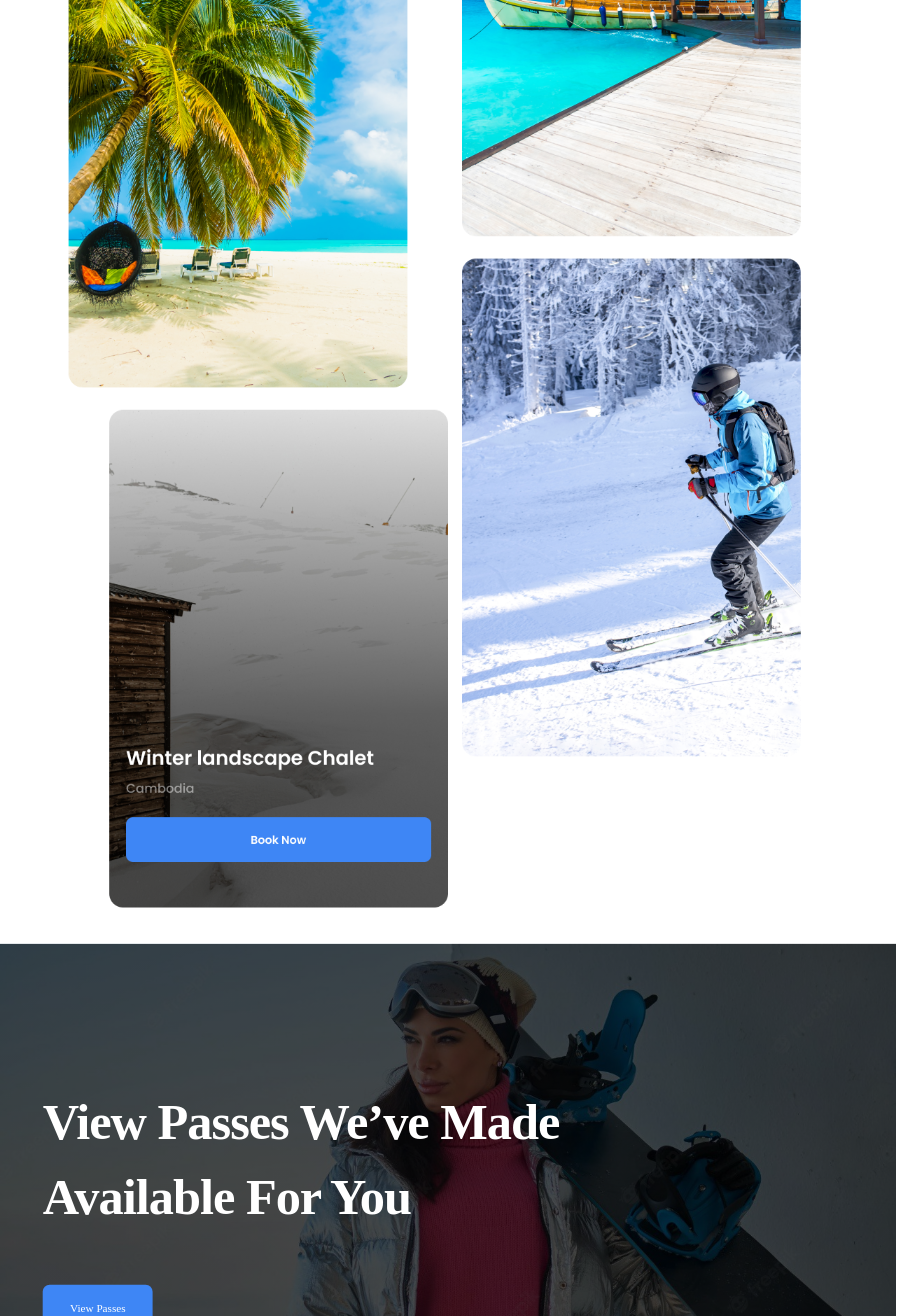
Repository: swissjake/arctic-travel-agency
Page: /
An editor plug-in stored every save of this project. The page is shown before and after the next save, followed by the edit.
The browser window is 1280 px wide. The page is 1300 px wide, so the pictures cover 1300 px, including what lies to the right of the window. The pictures show the part of the page from y = 3179 to 5059 px (the page is 6009 px tall), at 70% of full size.
The project was rebuilt for these pictures with package versions that can differ from the ones it lists, and the page was loaded fresh each time. Also part of the build but not shown: src/App.css.

Above is the page before, as saved 2022-05-04 17:47:00.

After the next save:
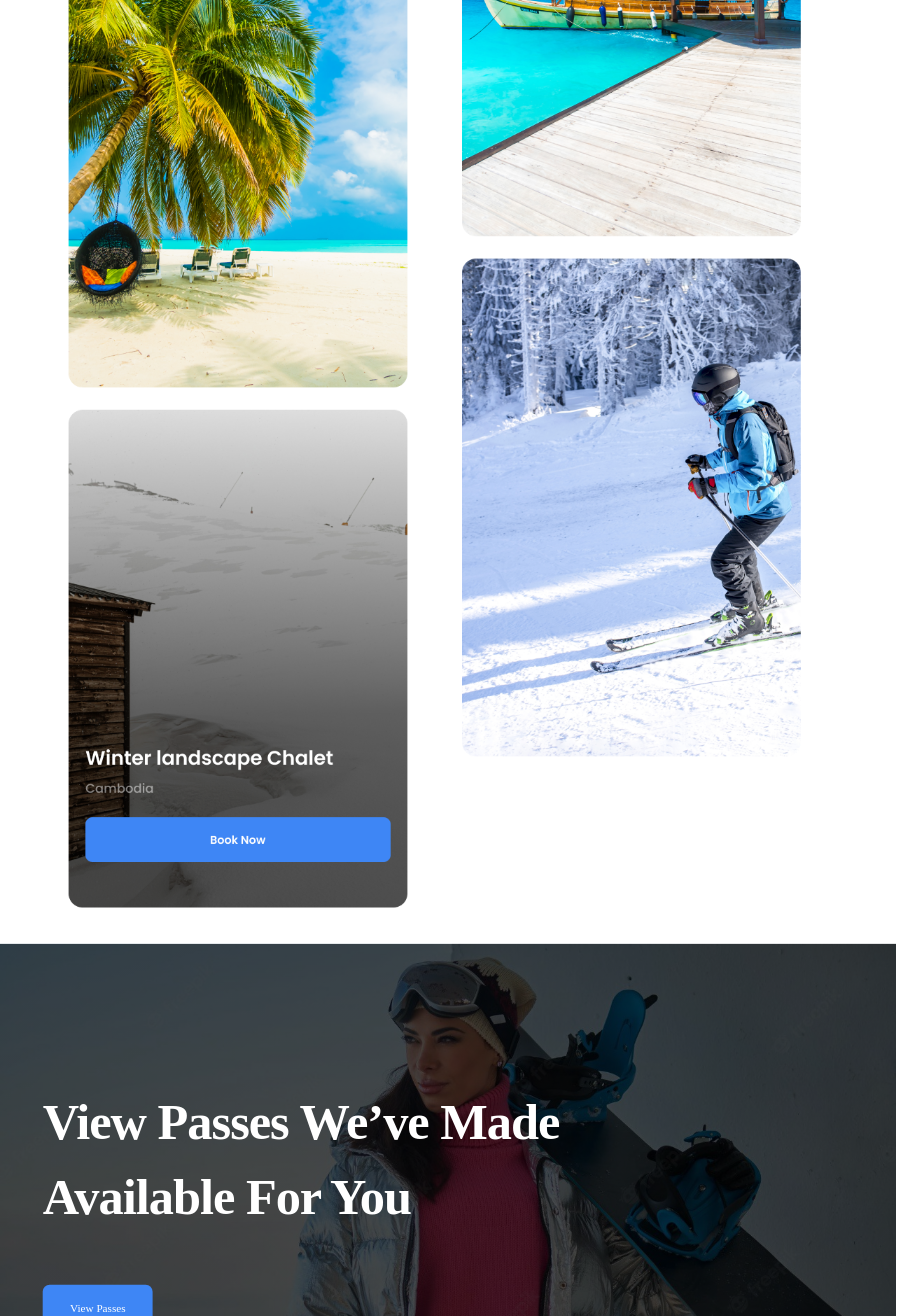
Saved 7 s later.
--- a/src/components/Resort/Resort.tsx
+++ b/src/components/Resort/Resort.tsx
@@ -13,7 +13,7 @@ const Resort = () => {
   <p className="text-[3rem] md:w-[80%] w-full mb-[4.5rem] font-[600] tracking-[-0.02em]">The best resorts to chill and relax</p>
   <div className="w-full md:flex justify-end flex-wrap">
   <img src={picture1} className="mb-[32px] mx-auto" alt="" />
-<img src={picture2} className="mb-[32px]" alt="" />
+<img src={picture2} className="mb-[32px] mx-auto" alt="" />
   </div>
 
   </div>
